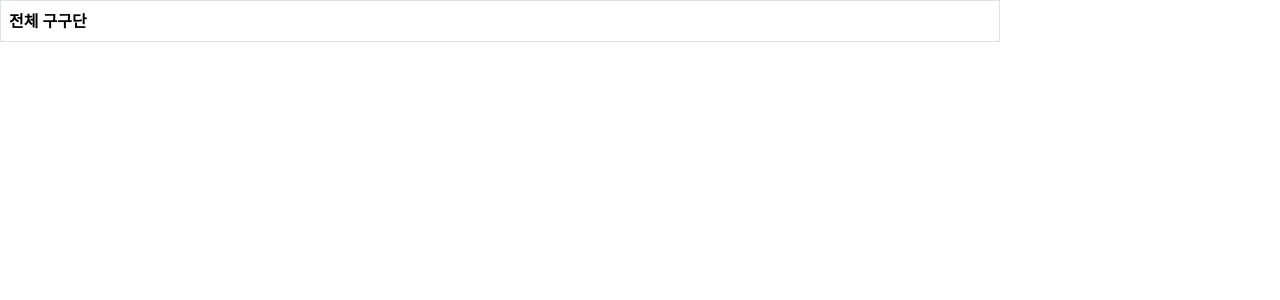
Repository: GANADAG/jspProject
Page: http://localhost/JspProject/day0228/jspGugu_04.jsp
The author's editor kept a copy of each file at every save. The page is drawn from the files as they stood at one save, then again after the next save.
The browser window is 1280 px wide. The pictures show the whole page.
Some web fonts or font styles are not loaded; a fallback is used. The page is served by Tomcat 9. Other server files are loaded and not shown.

Above is the page before, as saved 2024-02-28 01:40:15.

### JspProject/src/main/webapp/day0228/jspGugu_04.jsp
<%@ page language="java" contentType="text/html; charset=UTF-8"
    pageEncoding="UTF-8"%>
<!DOCTYPE html>
<html>
<head>
<meta charset="UTF-8">
<link href="https://cdn.jsdelivr.net/npm/bootstrap@5.3.2/dist/css/bootstrap.min.css" rel="stylesheet">
<link href="https://fonts.googleapis.com/css2?family=Diphylleia&family=Dongle&family=Noto+Sans+KR:wght@100..900&family=Orbit&family=Stylish&display=swap" rel="stylesheet">
<script src="https://code.jquery.com/jquery-3.7.0.js"></script>

<title>Insert title here</title>
</head>
<body>
	<table class="table table-bordered" style="width: 1000px;">
		<tr>
			<td>
				<b>전체 구구단</b>
			</td>
		</tr>

		<tr>

		</tr>


	</table>
</body>
</html>

After the next save:
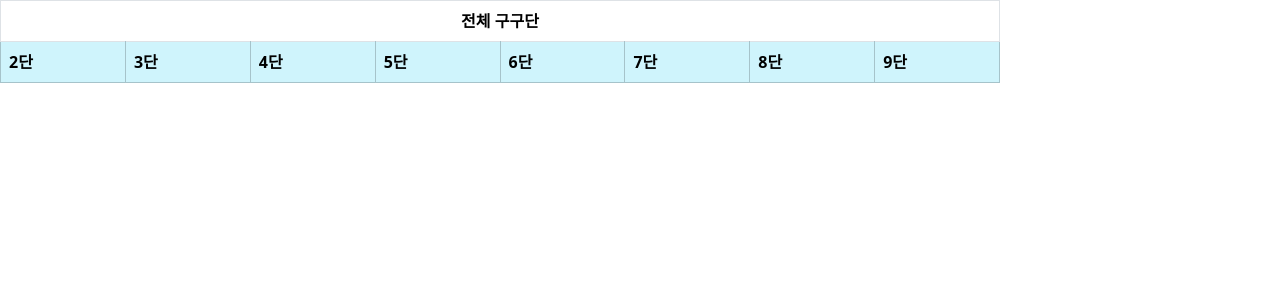
Saved 2 min 11 s later.
--- a/JspProject/src/main/webapp/day0228/jspGugu_04.jsp
+++ b/JspProject/src/main/webapp/day0228/jspGugu_04.jsp
@@ -13,13 +13,18 @@
 <body>
 	<table class="table table-bordered" style="width: 1000px;">
 		<tr>
-			<td>
+			<td colspan="8" align="center">
 				<b>전체 구구단</b>
 			</td>
 		</tr>
 
-		<tr>
-
+		<tr class="table-info">
+			<%
+				for(int dan=2;dan<=9;dan++)
+				{%>
+					<td><b><%=dan %>단</b></td>
+				<%}
+			%>
 		</tr>
 
 
